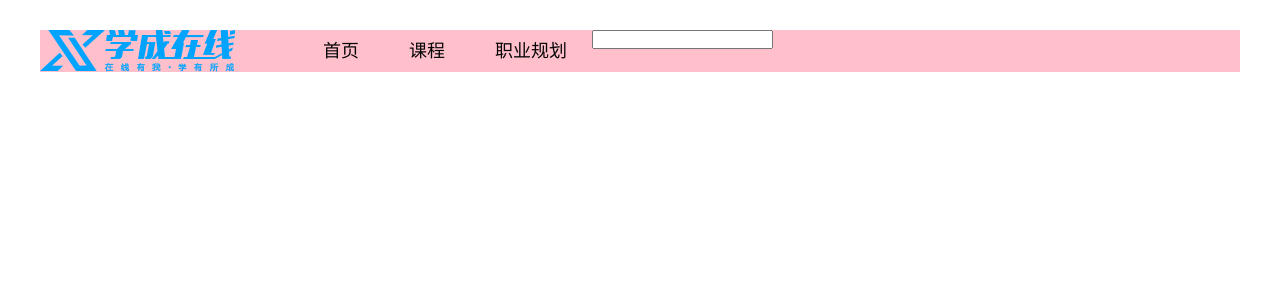
Repository: R1Deemo/Web-Project
Page: index..html
An editor plug-in stored every save of this project. The page is shown before and after the next save, followed by the edit.
The browser window is 1280 px wide. The pictures show the whole page.

Above is the page before, as saved 2022-03-08 21:32:51.

### index..html
<!DOCTYPE html>
<html lang="en">

<head>
    <meta charset="UTF-8">
    <meta http-equiv="X-UA-Compatible" content="IE=edge">
    <meta name="viewport" content="width=device-width, initial-scale=1.0">
    <title>测试页面</title>
    <link rel="stylesheet" href="style.css">
</head>

<body>
    <!--头部模块 -->
    <div class="header w">
        <div class="logo">
            <img src="images/学成在线.png" alt="">
        </div>
        <!-- 实际开发中要用li+a的做法做导航栏 -->
        <div class="nav">
            <ul>
                <li>
                    <a href="#">首页</a>
                </li>
                <li>
                    <a href="#">课程</a>
                </li>
                <li>
                    <a href="#">职业规划</a>
                </li>

            </ul>
        </div>
        <div class="search">
            <input type="text">
        </div>

    </div>

</body>

</html>

### style.css
* {
    margin: 0;
    padding: 0;
}

.w {
    width: 1200px;
    margin: 0 auto;
}

li {
    list-style: none;
}

a {
    text-decoration: none;
}

.header {
    height: 42px;
    background-color: pink;
    margin: 30px auto;
}

.logo {
    float: left;
    width: 198px;
    height: 42px;
}

.nav {
    float: left;
    margin-left: 60px;
}

.nav ul li {
    float: left;
    margin: 0 15px;
}

.nav ul li a {
    display: block;
    height: 42px;
    padding: 0 10px;
    line-height: 42px;
    font-size: 18px;
    color: #050505;
}

.nav ul li a:hover {
    border-bottom: 2px solid #00a4ff;
}

After the next save:
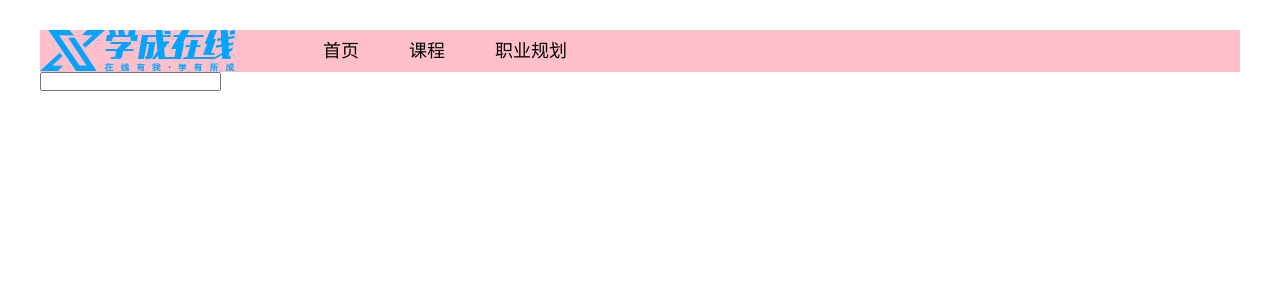
Saved 3 min 32 s later.
--- a/style.css
+++ b/style.css
@@ -50,3 +50,8 @@
 .nav ul li a:hover {
     border-bottom: 2px solid #00a4ff;
 }
+
+.search {
+    width: 412px;
+    height: 42px;
+}

After the save that followed:
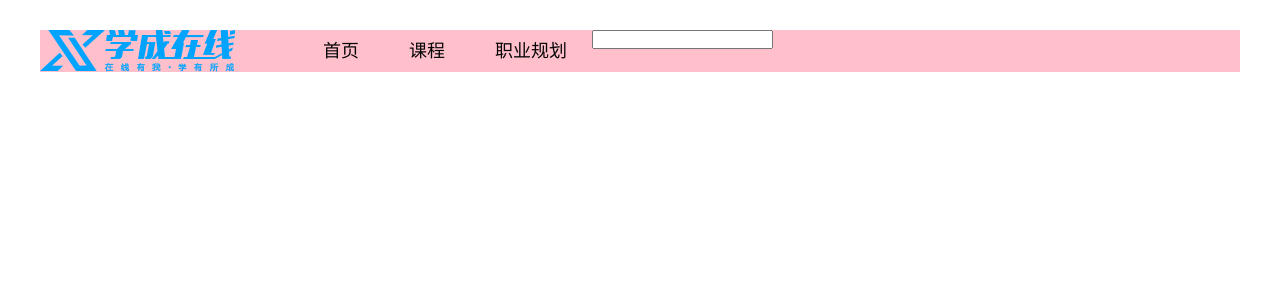
Saved 32 s later.
--- a/style.css
+++ b/style.css
@@ -52,6 +52,7 @@
 }
 
 .search {
+    float: left;
     width: 412px;
     height: 42px;
 }
